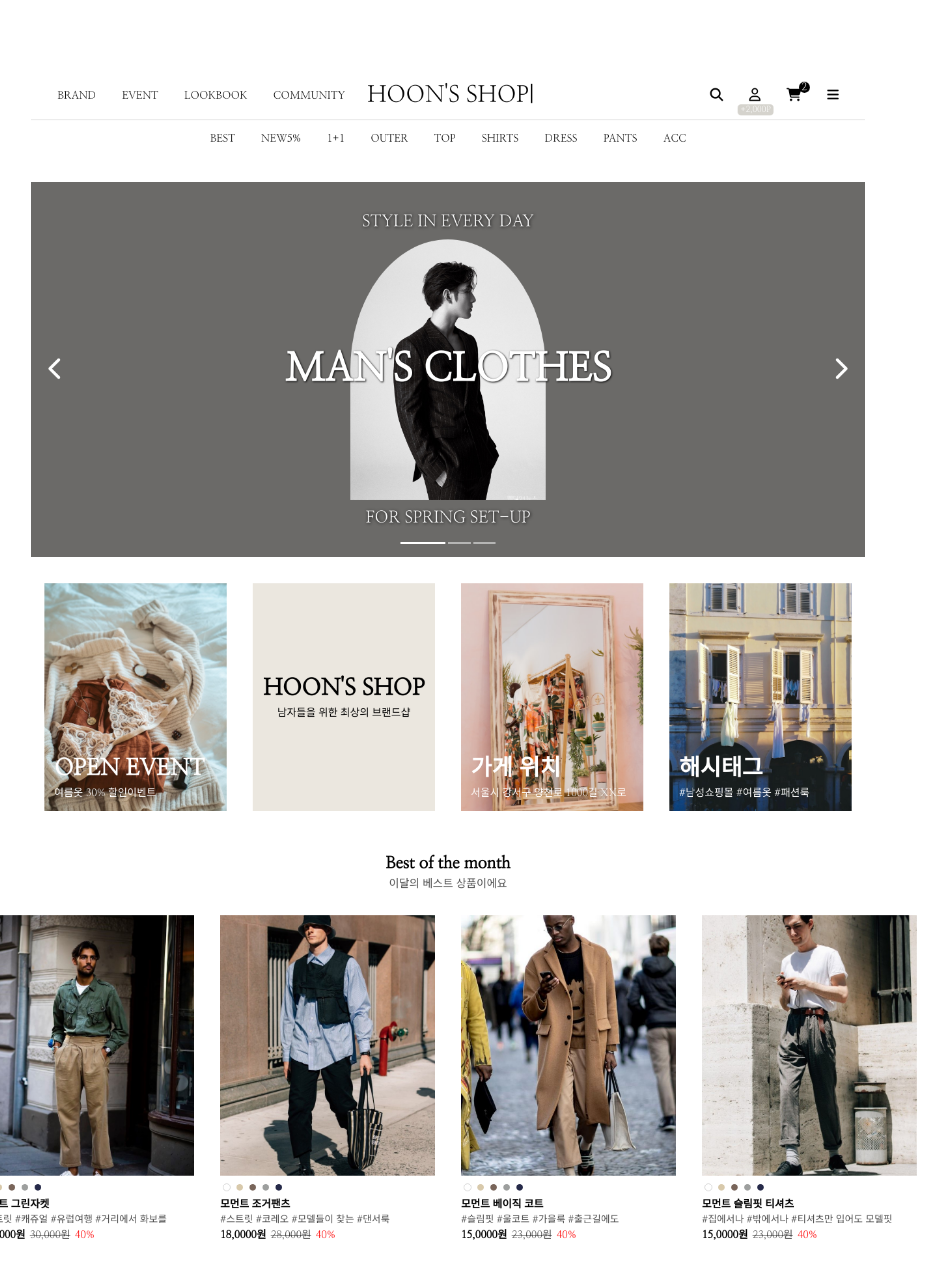
Repository: Iimchaehoon/cafeProject
Page: index.html
These files come from the project's save history. The page is drawn as it stood at one moment and after the next save; the edit follows.
The browser window is 1280 px wide. The page is 1328 px wide, so the pictures cover 1328 px, including what lies to the right of the window. The pictures show the part of the page from y = 0 to 1840 px (the page is 2780 px tall before and 2700 px after), at 70% of full size.
Some web libraries are served in a nearby version.

Above is the page before, as saved 2024-08-13 21:56:32.

After the next save:
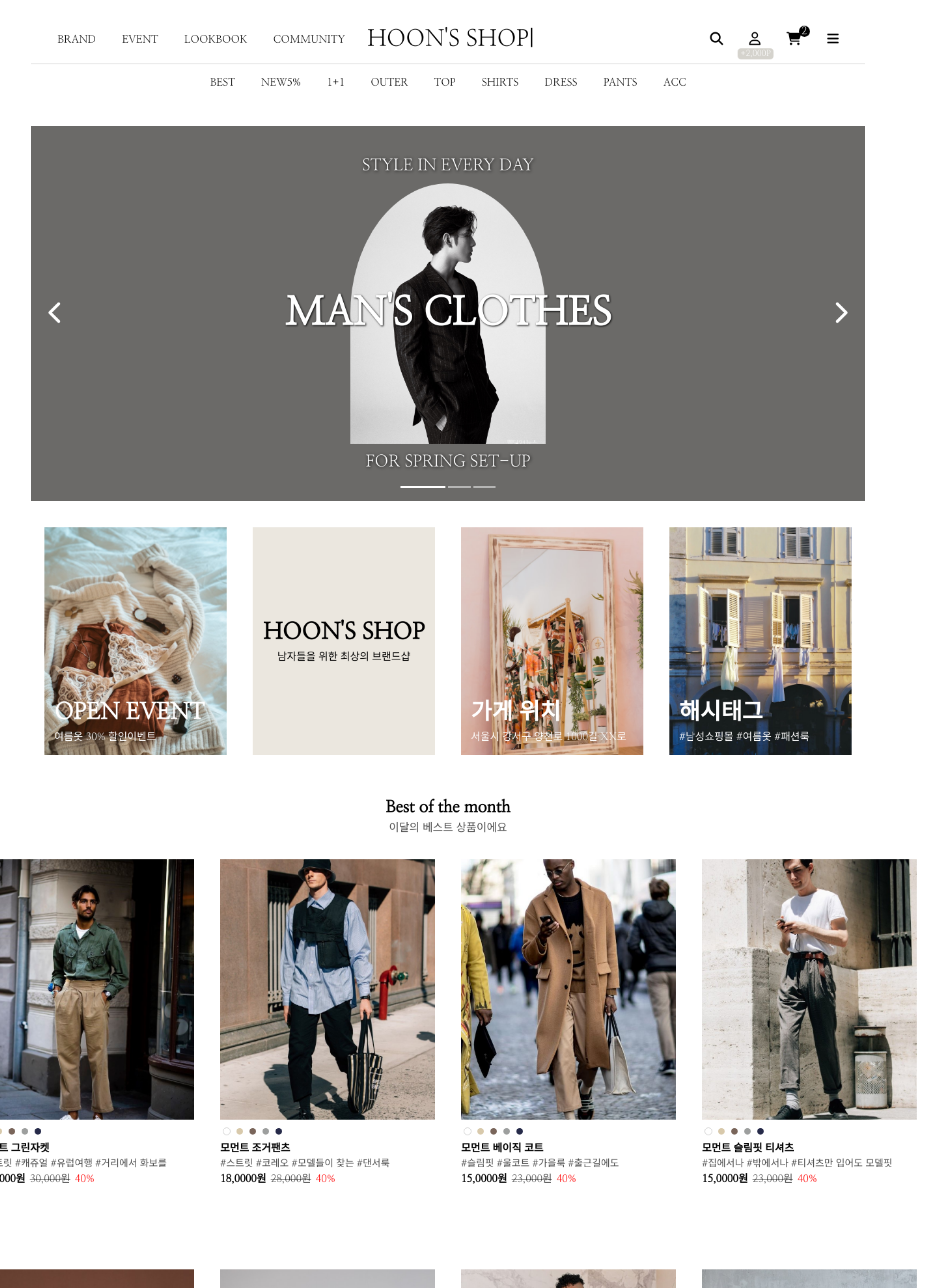
Saved 42 s later.
--- a/css/pages/main.css
+++ b/css/pages/main.css
@@ -8,7 +8,7 @@
 [data-scroll] {
   transition: 0;
   will-change: transform, scale, opacity;
-  transform: translateY(6rem) scale(0.93);
+  transform: translateY(1rem) scale(0.93);
   transition: all 1.5s cubic-bezier(0.165, 0.84, 0.44, 1);
 }
 [data-scroll="in"] {
